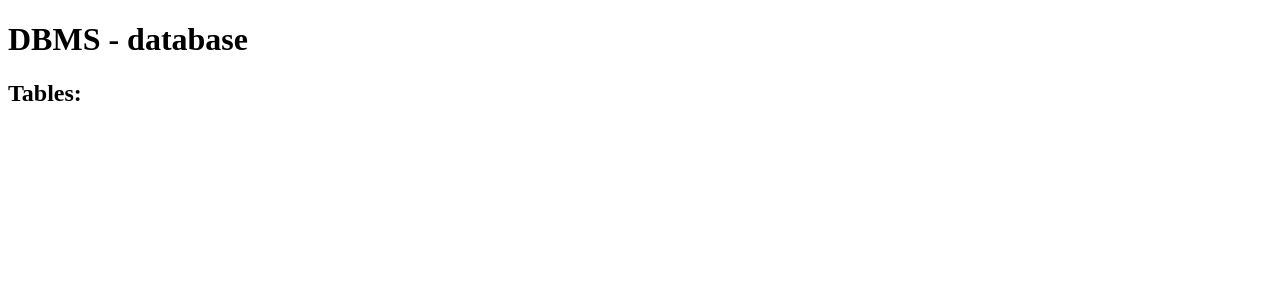
Repository: mark6969/DBMS-use-python
Page: http://localhost/table/database
An editor plug-in stored every save of this project. The page is shown before and after the next save, followed by the edit.
The browser window is 1280 px wide. The pictures show the whole page.
The page is served by the project's application, run on Flask 3 (run.py).

Above is the page before, as saved 2023-05-19 13:55:21.

After the next save:
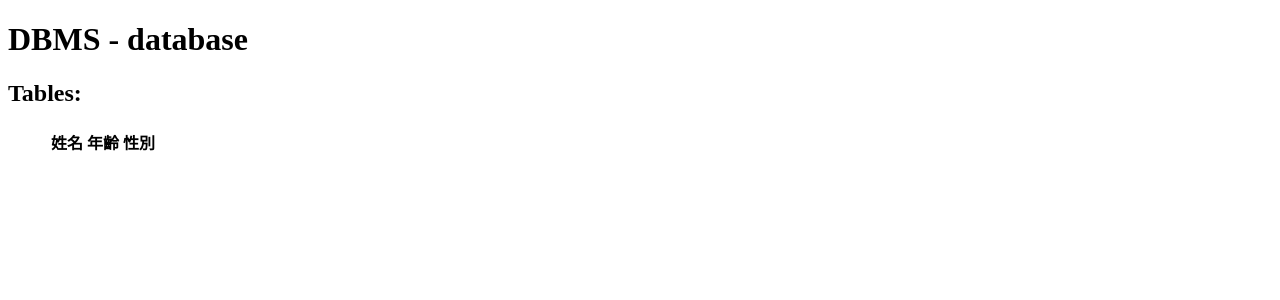
Saved 2 min 18 s later.
--- a/templates/database.html
+++ b/templates/database.html
@@ -8,9 +8,20 @@
 
     <h2>Tables:</h2>
     <ul>
-        {% for table in tables %}
-        <li>{{ table }}</li>
-        {% endfor %}
+        <table>
+            <tr>
+                <th>姓名</th>
+                <th>年齡</th>
+                <th>性別</th>
+            </tr>
+            {% for user in users %}
+            <tr>
+                <td>{{ user.name }}</td>
+                <td>{{ user.age }}</td>
+                <td>{{ user.sex }}</td>
+            </tr>
+            {% endfor %}
+        </table>
     </ul>
 </body>
 </html>
